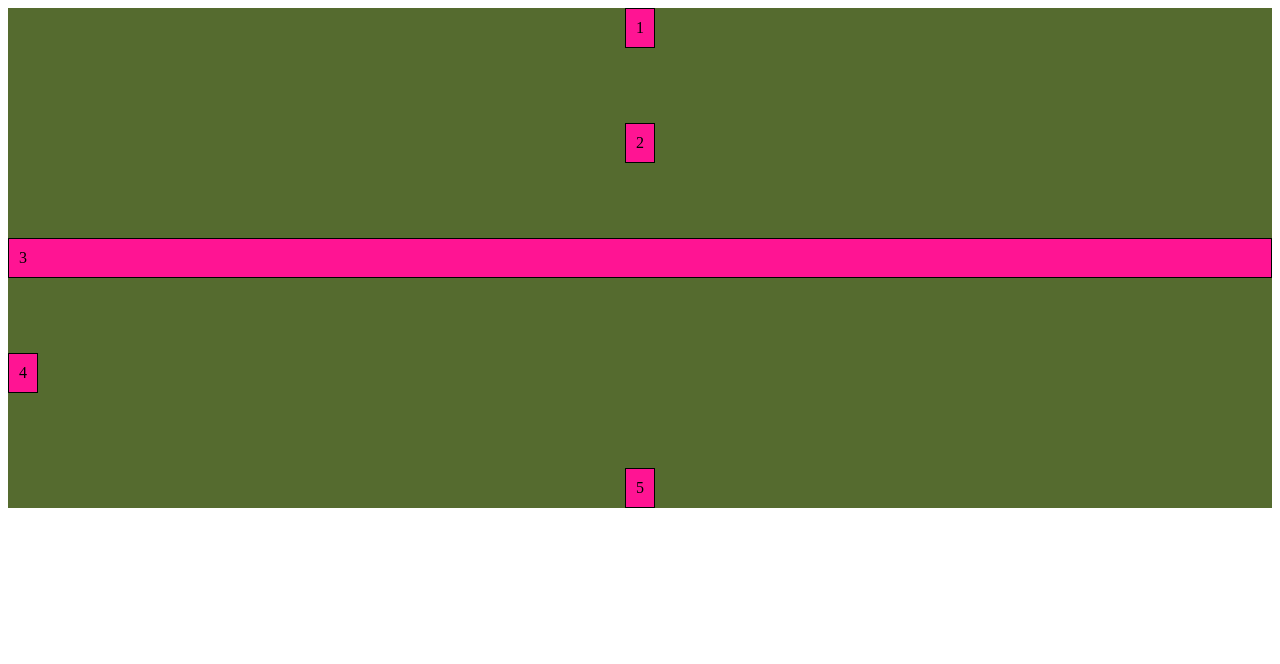
Repository: RustamNazarov98/demo
Page: index.html
The author's editor kept a copy of each file at every save. The page is drawn from the files as they stood at one save, then again after the next save.
The browser window is 1280 px wide. The pictures show the whole page.

Above is the page before, as saved 2022-04-06 17:36:49.

### index.html
<!DOCTYPE html>
<html lang="en">
<head>
    <meta charset="UTF-8">
    <meta http-equiv="X-UA-Compatible" content="IE=edge">
    <meta name="viewport" content="width=device-width, initial-scale=1.0">
    <link rel="stylesheet" href="./style.css">
    <title>Document</title>
</head>
<body>
    <div class="flexbox">
        <div>1</div>
        <div>2</div>
        <div>3</div>
        <div>4</div>
        <div>5</div>
    </div>
</body>
</html>

### style.css
.flexbox{
    display: flex;
    flex-direction: column;
    justify-content: space-between;
    align-items:center;
    background-color: darkolivegreen;
    height: 500px;
}
.flexbox > div {
    border: 1px solid black;
    padding: 10px;
    background-color: deeppink;
}
.flexbox > div:nth-child(3) {
    align-self: stretch;
}

.flexbox > div:nth-child(4) {
    align-self: flex-start;
}

After the next save:
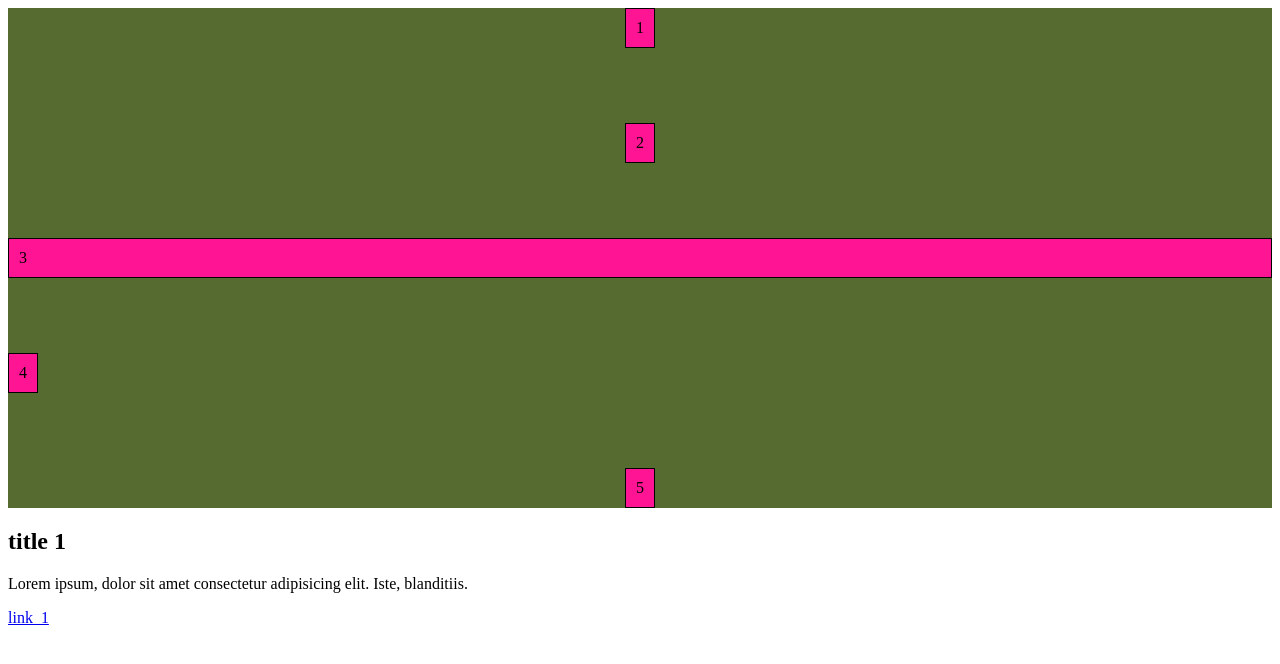
Saved 50 min 4 s later.
--- a/index.html
+++ b/index.html
@@ -8,6 +8,7 @@
     <title>Document</title>
 </head>
 <body>
+    <!-- flexbox -->
     <div class="flexbox">
         <div>1</div>
         <div>2</div>
@@ -15,5 +16,15 @@
         <div>4</div>
         <div>5</div>
     </div>
+
+
+    <!-- cards -->
+    <div class="cards">
+        <div class="card">
+            <h2>title 1</h2>
+            <p>Lorem ipsum, dolor sit amet consectetur adipisicing elit. Iste, blanditiis.</p>
+            <a href="#">link_1</a>
+        </div>
+    </div>
 </body>
 </html>
